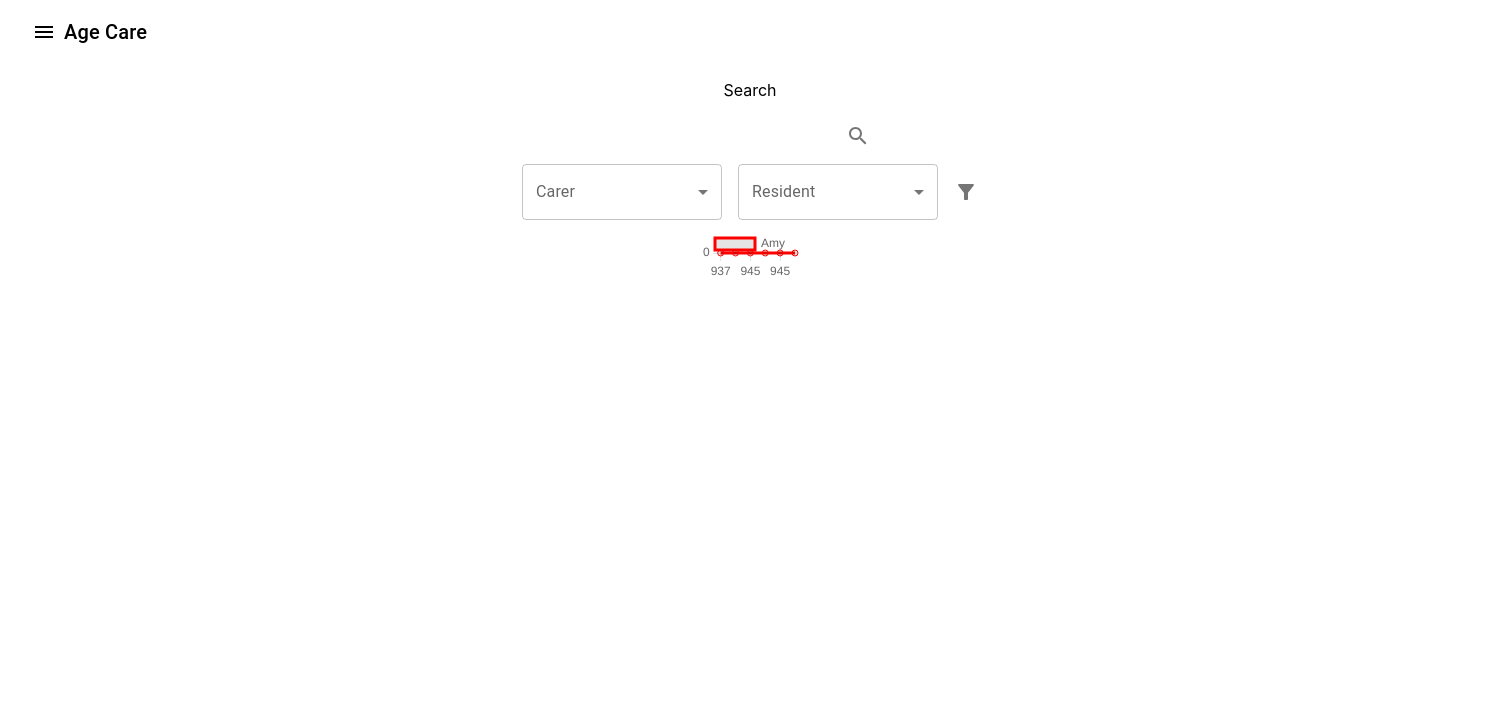
Repository: kimchybob/age_care
Page: /, after clicking the first element matching `button.css-78trlr-MuiButtonBase-root-MuiIconButton-root`
An editor plug-in stored every save of this project. The page is shown before and after the next save, followed by the edit.
The browser window is 1280 px wide. The page is 1500 px wide, so the pictures cover 1500 px, including what lies to the right of the window. The pictures show the whole page.
The project was rebuilt for these pictures with package versions that can differ from the ones it lists, and the page was loaded fresh each time. Also part of the build but not shown: src/Components/TimeSelecter.js, src/Components/SingleSelectList.js, src/Components/TableChart.js, src/Pages/DataGridPage.js.

Above is the page before, as saved 2022-03-23 22:26:37.

### src/index.js
import React from 'react';
import ReactDOM from 'react-dom';
import './index.css';
import App from './App';
import reportWebVitals from './reportWebVitals';
import { BrowserRouter } from "react-router-dom";

ReactDOM.render(
  <React.StrictMode>
    <App />
  </React.StrictMode>,
  document.getElementById('root')
);

// If you want to start measuring performance in your app, pass a function
// to log results (for example: reportWebVitals(console.log))
// or send to an analytics endpoint. Learn more: https://bit.ly/CRA-vitals
reportWebVitals();

### src/App.js
import logo from './logo.svg';
import './App.css';
import NavToolbar from './Components/Toolbar';
import LineChart from './Components/LineChart';
import { UserData } from './data';
import { useState } from 'react';
import ChartPage from './Pages/ChartPage';
import DataGridPage from './Pages/DataGridPage';
import { Link } from "react-router-dom";


function App() {
  const [view, setView] = useState("chart");



  return (

    <div className="App">
      <NavToolbar function={setView}/>
      <div style={{width:1500}}>
        {
          view=="chart"?
          <ChartPage/>
          :<DataGridPage/>
        }
      </div>
    </div>
  );
}

export default App;

### src/Components/Toolbar.js
import React from 'react';
import {Toolbar,Typography,Button } from '@mui/material';
import SideDrawer from './SideDrawer';


export default function NavToolbar(props) {



  return (
    <Toolbar>
      <SideDrawer/>
      <Typography variant="h6">
        Age Care
      </Typography>
    </Toolbar>
  );
}

### src/Components/LineChart.js
import React from "react";
import { Line } from 'react-chartjs-2';
import {Chart as ChartJS} from "chart.js/auto";

function LineChart({chartData}){
    return <Line data={chartData}/>
    ;
}

export default LineChart;

### src/data.js
export const UserData = [
    {
        id : 1,
        Carer : "Amy",
        Resident : "Tom",
        Date : 20220322,
        Time : 937,
        Distance : 1.0
    },
    {
        id : 2,
        Carer : "Amy",
        Resident : "Tom",
        Date : 20220322,
        Time : 940,
        Distance : 2.0
    },
    {
        id : 3,
        Carer : "Amy",
        Resident : "Tom",
        Date : 20220322,
        Time : 945,
        Distance : 3.0
    },
    {
        id : 4,
        Carer : "Amy",
        Resident : "Tom",
        Date : 20220322,
        Time : 949,
        Distance : 2.0
    },
    {
        id : 5,
        Carer : "Amy",
        Resident : "Tom",
        Date : 20220322,
        Time : 945,
        Distance : 3.0
    },
    {
        id : 6,
        Carer : "Amy",
        Resident : "Tom",
        Date : 20220322,
        Time : 949,
        Distance : 2.0
    },
]

### src/Pages/ChartPage.js
import { Line } from 'react-chartjs-2';
import {Chart as ChartJS} from "chart.js/auto";
import { UserData } from "../data";
import LineChart from "../Components/LineChart";
import MultiSelectList from "../Components/MultiSelectList";
import { Grid,IconButton } from "@mui/material";
import {React,useState} from 'react';
import DateSelecter from '../Components/DateSelecter';
import TimeSelecter from '../Components/TimeSelecter';
import SingleSelectList from '../Components/SingleSelectList';
import FilterAltIcon from '@mui/icons-material/FilterAlt';
import { Label } from '@mui/icons-material';






function ChartPage(){
  // const [carer,setCarer] = useState();

  const [userData,setUserData] = useState({
    labels: UserData.map((data) => data.Time),
    datasets: [
      {
        label:"Amy",
        data:UserData.map((data)=>data.Distance),
        borderColor:["red"]
      }
    ]
  });

  const [visible,setVisible] = useState(false);

  const filterClicked = () =>{
    setVisible(true);
  };

  const [filterVisible, setFilterVisible] = useState(false);

  const showFilter = () =>{
    setFilterVisible(true);
  };

  return (
    <div>
      <Grid
        container
        direction={"column"}
        justifyContent="center"
        alignItems="center"
      >
        <Grid item>
          <p>Search</p>
          <DateSelecter functions={showFilter}/>
        </Grid>
        {filterVisible?
        <Grid
          container
          direction={"column"}
          justifyContent="center"
          alignItems="center"
        >
          <Grid
            item
            container
            direction={"row"}
            justifyContent="center"
            alignItems="center"
          >
            <MultiSelectList label={"Carer"}/>
            <MultiSelectList label={"Resident"}/>
            <IconButton onClick={filterClicked}>
                <FilterAltIcon/>
            </IconButton>
          </Grid>
          <Grid item width={100}>
            <LineChart chartData={userData}/>
          </Grid>
        </Grid>
        :<h1/>}
      </Grid>
    </div>
  );
}

export default ChartPage;

### src/Components/SideDrawer.js
import * as React from 'react';
import Box from '@mui/material/Box';
import SwipeableDrawer from '@mui/material/SwipeableDrawer';
import Button from '@mui/material/Button';
import List from '@mui/material/List';
import Divider from '@mui/material/Divider';
import ListItem from '@mui/material/ListItem';
import ListItemIcon from '@mui/material/ListItemIcon';
import ListItemText from '@mui/material/ListItemText';
import InboxIcon from '@mui/icons-material/MoveToInbox';
import MailIcon from '@mui/icons-material/Mail';
import { IconButton} from '@mui/material';
import MenuIcon from '@mui/icons-material/Menu';

export default function SideDrawer(props) {
  const [state, setState] = React.useState({
    left: false
  });

  const toggleDrawer = (anchor, open) => (event) => {
    if (
      event &&
      event.type === 'keydown' &&
      (event.key === 'Tab' || event.key === 'Shift')
    ) {
      return;
    }

    setState({ ...state, [anchor]: open });
  };

  const list = (anchor) => (
    <Box
      sx={{ width: anchor === 'top' || anchor === 'bottom' ? 'auto' : 250 }}
      role="presentation"
      onClick={toggleDrawer(anchor, false)}
      onKeyDown={toggleDrawer(anchor, false)}
    >
      <List>
        {/* {['Dashboard', 'Activity List', 'Carer Registration', 'Resident Registration'].map((text, index) => (
          <ListItem button key={text}>
            <ListItemIcon>
              {index % 2 === 0 ? <InboxIcon /> : <MailIcon />}
            </ListItemIcon>
            <ListItemText primary={text} />
          </ListItem>
        ))} */}
        <ListItem button key={'Dashboard'} ><ListItemText primary={'Dashboard'} /></ListItem>
        <ListItem button key={'Activity List'} ><ListItemText primary={'Activity List'} /></ListItem>
        <ListItem button key={'Carer Registration'}><ListItemText primary={'Carer Registration'} /></ListItem>
        <ListItem button key={'Resident Registration'}><ListItemText primary={'Resident Registration'} /></ListItem>
      </List>
      <Divider />
    </Box>
  );

  return (
    <div>

        <React.Fragment key={'left'}>
          {/* <Button onClick={toggleDrawer('left', true)}>{'lft'}</Button> */}
          <IconButton
            color="inherit"
            // aria-label="open drawer"
            onClick={toggleDrawer('left', true)}
            // edge="start"
            // sx={{ mr: 2, ...(open && { display: 'none' }) }}
          >
            <MenuIcon />
          </IconButton>
          <SwipeableDrawer
            anchor={'left'}
            open={state['left']}
            onClose={toggleDrawer('left', false)}
            onOpen={toggleDrawer('left', true)}
          >
            {list('left')}
          </SwipeableDrawer>
        </React.Fragment>

    </div>
  );
}

### src/Components/MultiSelectList.js
import * as React from 'react';
import { useTheme } from '@mui/material/styles';
import OutlinedInput from '@mui/material/OutlinedInput';
import InputLabel from '@mui/material/InputLabel';
import MenuItem from '@mui/material/MenuItem';
import FormControl from '@mui/material/FormControl';
import Select from '@mui/material/Select';

const ITEM_HEIGHT = 48;
const ITEM_PADDING_TOP = 8;
const MenuProps = {
  PaperProps: {
    style: {
      maxHeight: ITEM_HEIGHT * 4.5 + ITEM_PADDING_TOP,
      width: 250,
    },
  },
};

const names = [
  'Oliver Hansen',
  'Van Henry',
  'April Tucker',
  'Ralph Hubbard',
  'Omar Alexander',
  'Carlos Abbott',
  'Miriam Wagner',
  'Bradley Wilkerson',
  'Virginia Andrews',
  'Kelly Snyder',
];

function getStyles(name, personName, theme) {
  return {
    fontWeight:
      personName.indexOf(name) === -1
        ? theme.typography.fontWeightRegular
        : theme.typography.fontWeightMedium,
  };
}

export default function MultiSelectList(props) {
  const theme = useTheme();
  const [personName, setPersonName] = React.useState([]);

  const handleChange = (event) => {
    const {
      target: { value },
    } = event;
    setPersonName(
      // On autofill we get a stringified value.
      typeof value === 'string' ? value.split(',') : value,
    );
  };

  return (
    <div>
      <FormControl sx={{ m: 1, width: 200 }}>
        <InputLabel id="demo-multiple-name-label">{props.label}</InputLabel>
        <Select
          labelId="demo-multiple-name-label"
          id="demo-multiple-name"
          multiple
          value={personName}
          onChange={handleChange}
          input={<OutlinedInput label="name" />}
          MenuProps={MenuProps}
        >
          {names.map((name) => (
            <MenuItem
              key={name}
              value={name}
              style={getStyles(name, personName, theme)}
            >
              {name}
            </MenuItem>
          ))}
        </Select>
      </FormControl>
    </div>
  );
}

### src/Components/DateSelecter.js
import * as React from 'react';
import TextField from '@mui/material/TextField';
import AdapterDateFns from '@mui/lab/AdapterDateFns';
import LocalizationProvider from '@mui/lab/LocalizationProvider';
import DatePicker from '@mui/lab/DatePicker';
import { FormControl, Grid, IconButton } from '@mui/material';
import SearchIcon from '@mui/icons-material/Search';



function DateSelecter(props){
    const [value, setValue] = React.useState(null);
    const searchClicked = () =>{
        props.functions(true);
    };

    return (
        <Grid
            container
            direction={"row"}
            alignItems="center"
            justifyContent="center"
        >
            <FormControl sx={{ m: 1, width:200}}>
                <LocalizationProvider dateAdapter={AdapterDateFns}>
                    <DatePicker
                        label="Date"
                        value={value}
                        onChange={(newValue) => {
                        setValue(newValue);
                        }}
                        renderInput={(params) => <TextField {...params} />}
                    />
                </LocalizationProvider>
            </FormControl>
            <IconButton onClick={searchClicked}>
                <SearchIcon/>
            </IconButton>
        </Grid>
    );
}

export default DateSelecter;

Loaded but not shown: public/index.html (common file); src/index.css (common file); src/reportWebVitals.js (common file); src/App.css (common file)

After the next save:
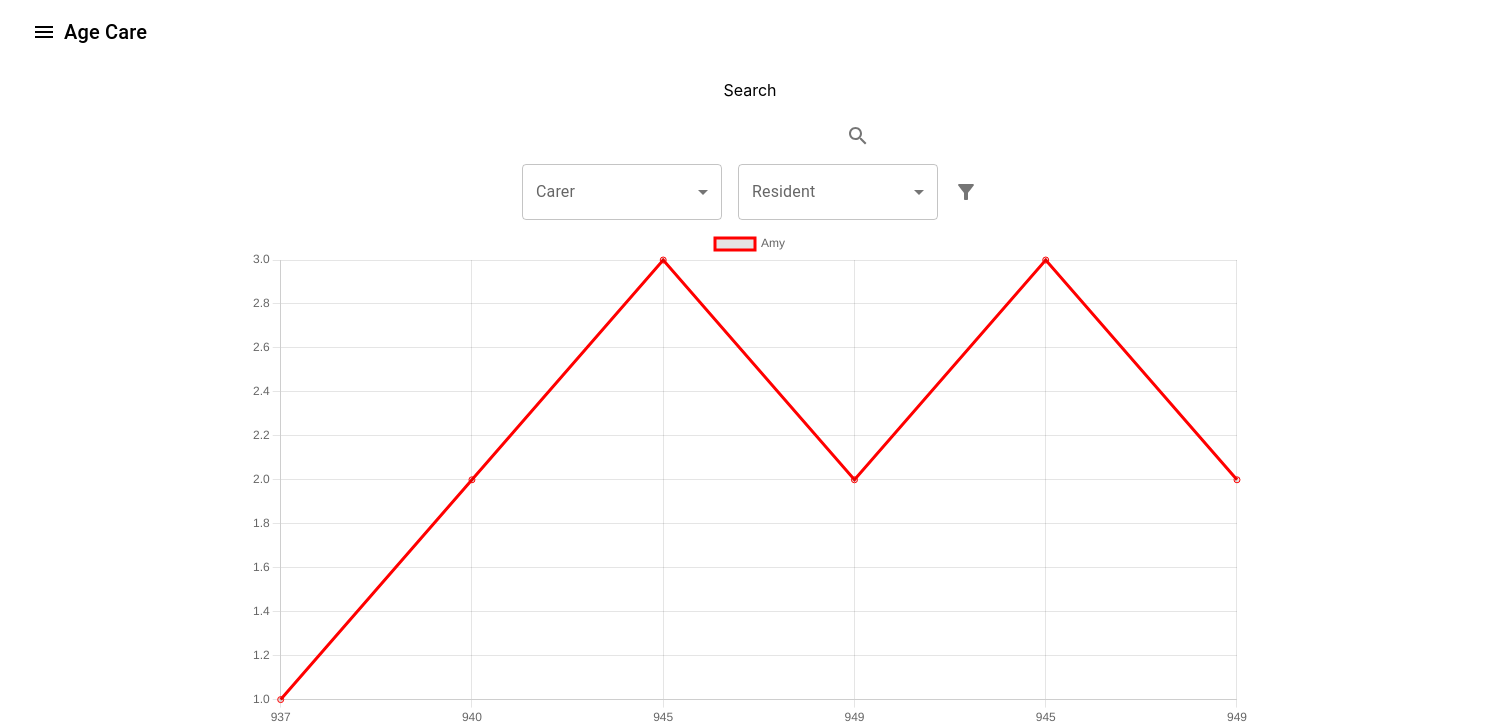
Saved 8 s later.
--- a/src/Pages/ChartPage.js
+++ b/src/Pages/ChartPage.js
@@ -74,7 +74,7 @@ function ChartPage(){
                 <FilterAltIcon/>
             </IconButton>
           </Grid>
-          <Grid item width={100}>
+          <Grid item width={1000}>
             <LineChart chartData={userData}/>
           </Grid>
         </Grid>
